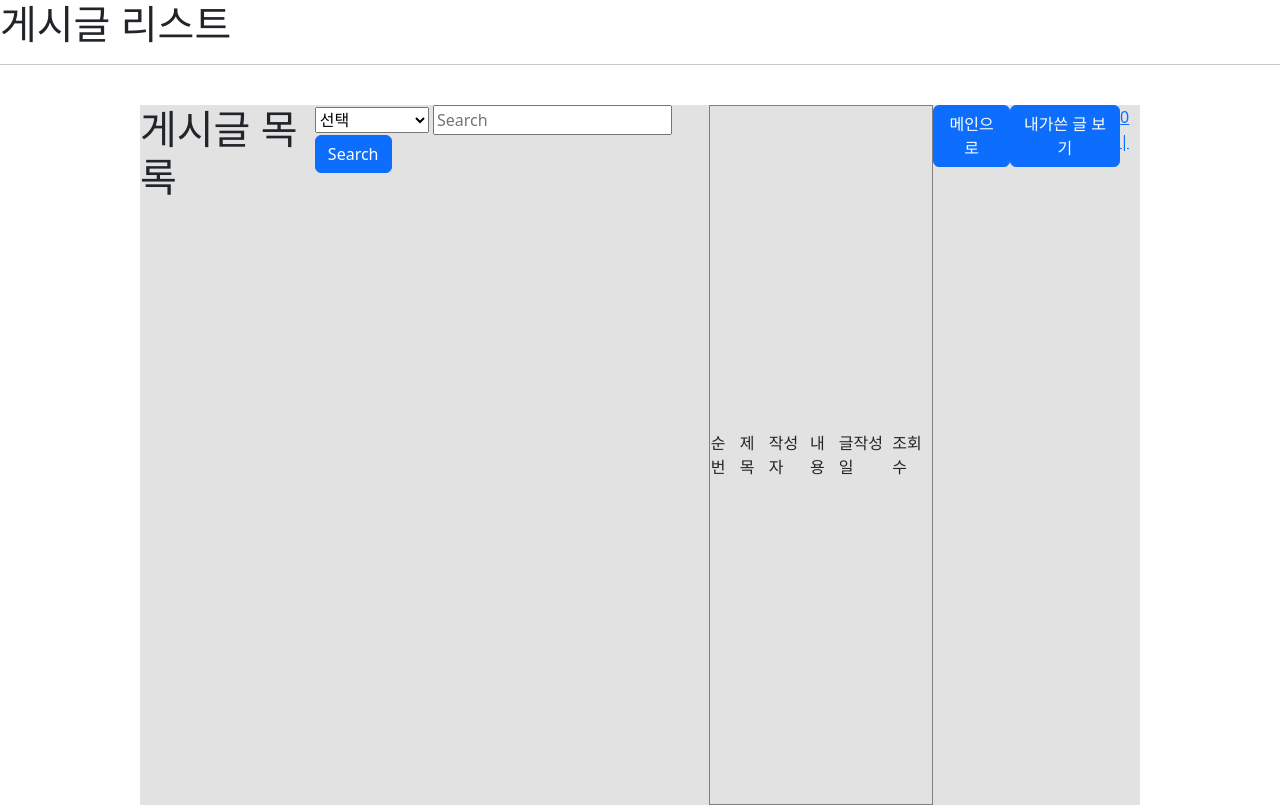
Repository: yangone8249/jsp_project
Page: http://localhost/yang_project/board/BoardList.jsp
These files come from the project's save history. The page is drawn as it stood at one moment and after the next save; the edit follows.
The browser window is 1280 px wide. The pictures show the whole page.
The page is served by Tomcat 9. The template is opened directly, without the code that normally fills it, so the values that code supplies are empty.

Above is the page before, as saved 2023-06-01 02:07:12.

After the next save:
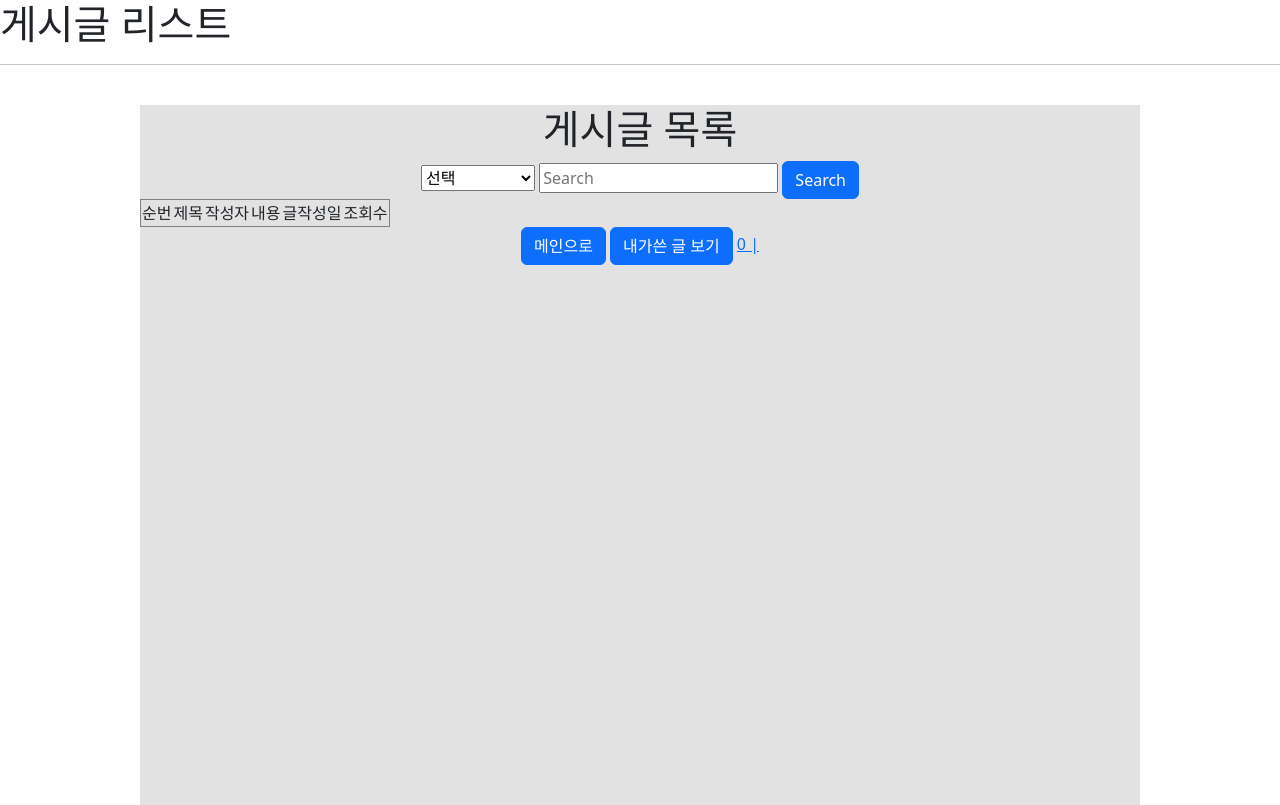
Saved 20 s later.
--- a/yang_project/yang_project/src/main/webapp/board/BoardList.jsp
+++ b/yang_project/yang_project/src/main/webapp/board/BoardList.jsp
@@ -14,8 +14,7 @@
 		height : 700px;
 		background-color: #E2E2E2;
 		margin:auto;
-		 justify-content : center;
-		display: flex;
+		text-align: center;
 
 	}
 </style>
